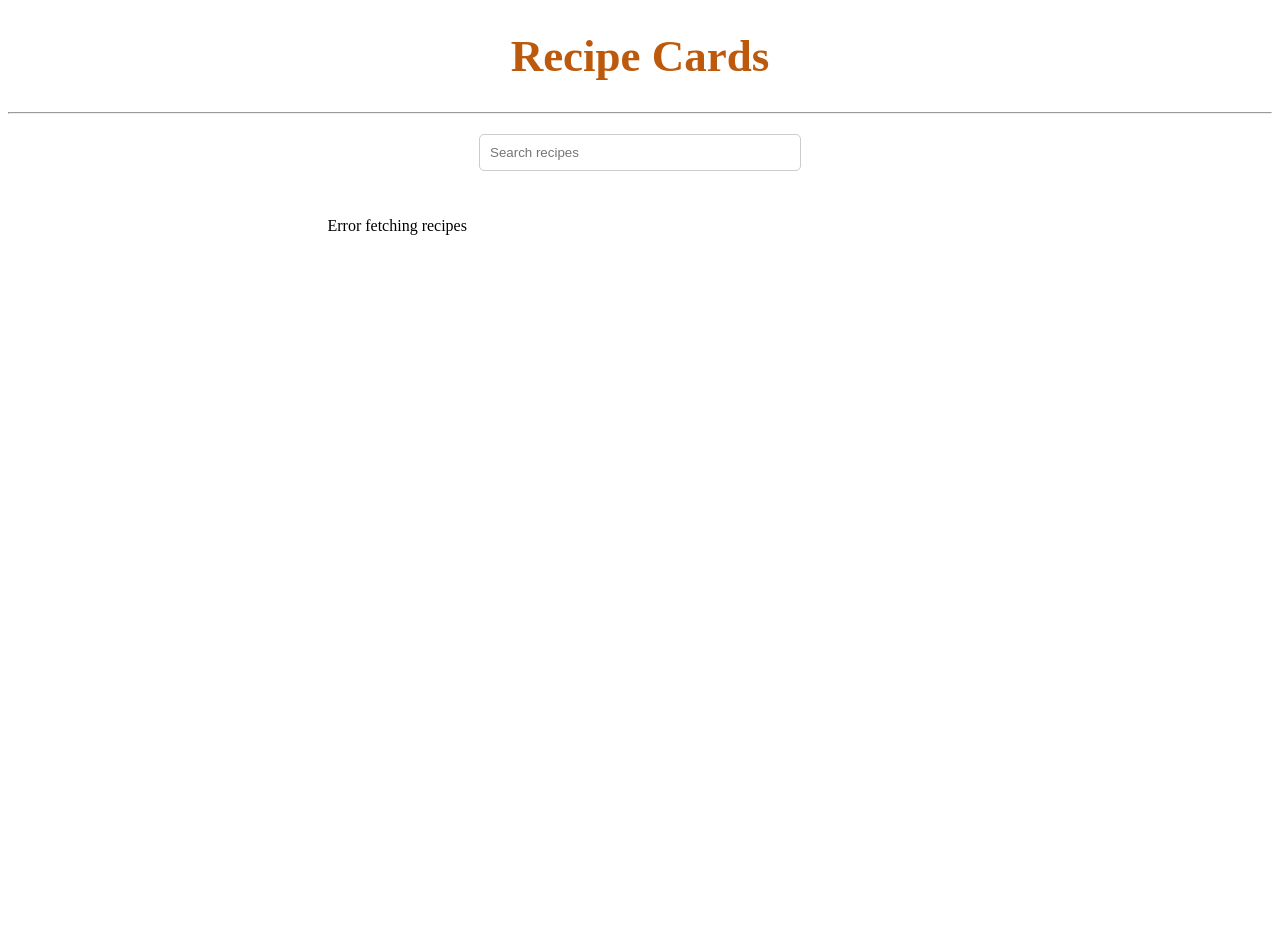
Repository: SharonSebastian32/food-search-filter-
Page: index.html
The author's editor kept a copy of each file at every save. The page is drawn from the files as they stood at one save, then again after a run of saves.
The browser window is 1280 px wide. The pictures show the whole page.
The page's requests for data from a server got no answer.

Above is the page before, as saved 2024-10-11 12:39:27.

### index.html
<!DOCTYPE html>
<html lang="en">
  <head>
    <meta charset="UTF-8" />
    <meta name="viewport" content="width=device-width, initial-scale=1.0" />
    <title>Recipe Cards</title>
    <style>
      .card {
        border: 1px solid #ddd;
        border-radius: 10px;
        margin: 20px;
        box-shadow: 0 4px 8px rgba(0, 0, 0, 0.1);
        width: 240px;
        display: inline-block;
        vertical-align: top;
      }
      .card img {
        width: 250px;
        height: 200px;
        border-radius: 10px;
      }
      .card h2 {
        font-size: 24px;
        margin: 0 0 10px 0;
        padding: 10px;
      }
      .card p {
        margin: 5px 0;
        padding: 10px;
      }
      .card-container {
        display: flex;
        flex-wrap: wrap;
        justify-content: space-around;
        padding: 10px;
        height: 100vh;

        width: 60%;
        overflow-y: scroll;
      }
      #head1 {
        color: rgb(189, 89, 12);
        font-size: 45px;
        font-weight: 600;
        text-align: center;
      }
      #search-container {
        text-align: center;
        margin: 20px;
      }
      #search-input {
        padding: 10px;
        width: 300px;
        border-radius: 5px;
        border: 1px solid #ccc;
      }
    </style>
  </head>
  <body>
    <h1 id="head1">Recipe Cards</h1>
    <hr />

    <div id="search-container">
      <input type="text" id="search-input" placeholder="Search recipes" />
    </div>

    <div id="recipe-root" class="card-container"></div>

    <script src="./index.js"></script>
  </body>
</html>

### index.js
let allRecipes = []; // To store fetched recipes

// Function to display recipes
function displayRecipes(recipes) {
  const recipeContainer = document.getElementById("recipe-root");
  recipeContainer.innerHTML = ""; // Clear previous results

  recipes.forEach((recipe) => {
    const card = document.createElement("div");
    card.classList.add("card");

    const img = document.createElement("img");
    img.src = recipe.image;
    img.alt = recipe.name;
    card.appendChild(img);

    const title = document.createElement("h2");
    title.innerText = recipe.name;
    card.appendChild(title);

    const cuisine = document.createElement("p");
    cuisine.innerHTML = `<strong>Cuisine:</strong> ${recipe.cuisine}`;
    card.appendChild(cuisine);

    const ingredients = document.createElement("p");
    ingredients.innerHTML = `<strong>Ingredients:</strong> ${recipe.ingredients.join(
      ", "
    )}`;
    card.appendChild(ingredients);

    recipeContainer.appendChild(card);
  });
}

// Function to fetch recipes from API
async function fetchRecipes() {
  try {
    const response = await fetch("https://dummyjson.com/recipes");
    const data = await response.json();

    allRecipes = data.recipes; // Save all recipes
    displayRecipes(allRecipes); // Initially display all recipes
  } catch (error) {
    console.error("Error fetching recipes:", error);
    const recipeContainer = document.getElementById("recipe-root");
    recipeContainer.innerHTML = "<p>Error fetching recipes</p>"; // Display error message
  }
}

// Function to filter recipes based on search input
function filterRecipes(event) {
  const searchText = event.target.value.toLowerCase();
  const filteredRecipes = allRecipes.filter(
    (recipe) =>
      recipe.name.toLowerCase().includes(searchText) ||
      recipe.cuisine.toLowerCase().includes(searchText) ||
      recipe.ingredients.some((ingredient) =>
        ingredient.toLowerCase().includes(searchText)
      )
  );
  displayRecipes(filteredRecipes);
}

// Add event listener to search input
document
  .getElementById("search-input")
  .addEventListener("input", filterRecipes);

// Call the function to fetch and display recipes
fetchRecipes();

After the next 2 saves:
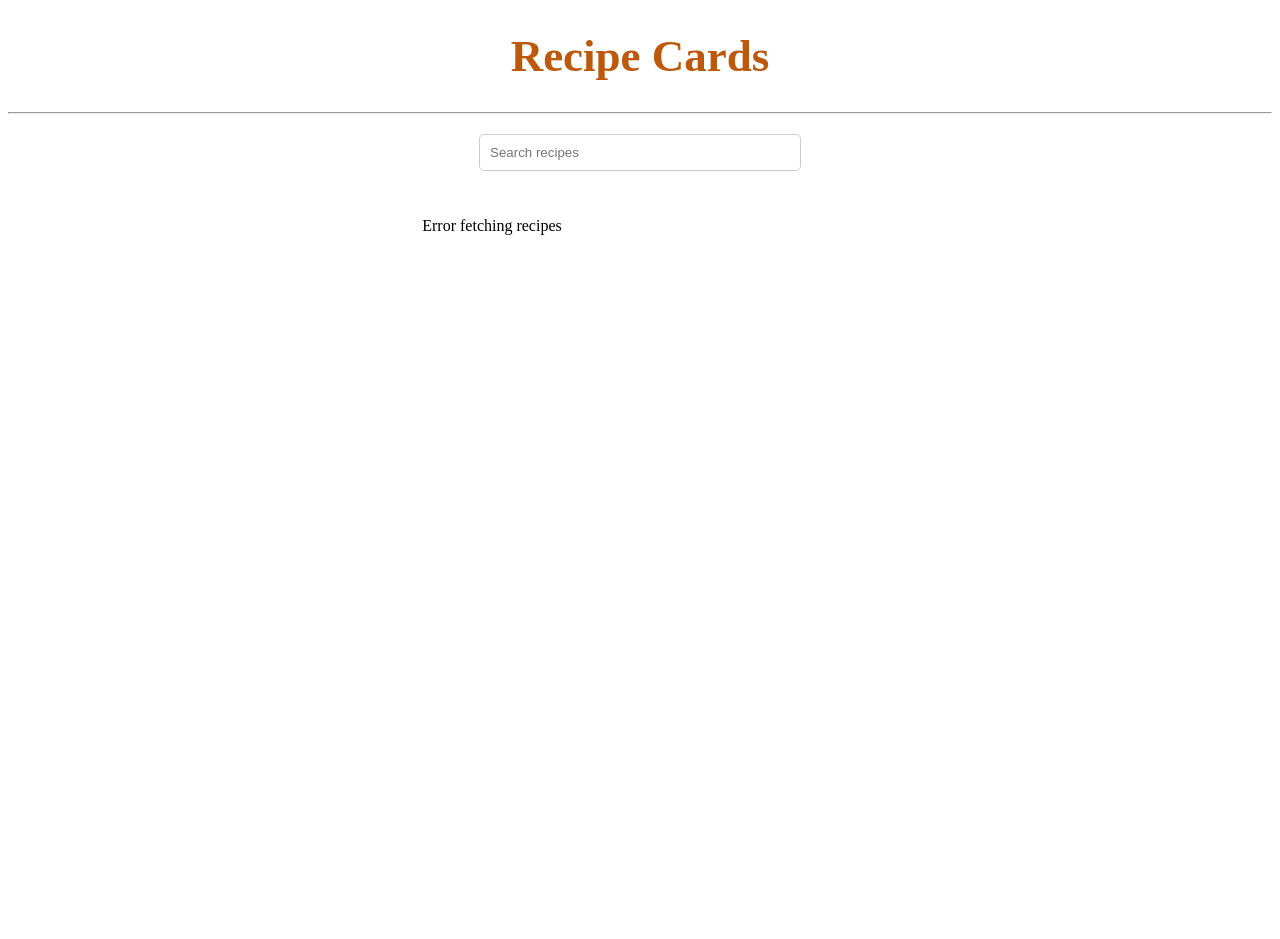
The 2 saves are shown as one change because they came seconds apart.
The last was saved 19 s later.
--- a/index.html
+++ b/index.html
@@ -35,7 +35,7 @@
         padding: 10px;
         height: 100vh;
 
-        width: 60%;
+        width: 75%;
         overflow-y: scroll;
       }
       #head1 {
